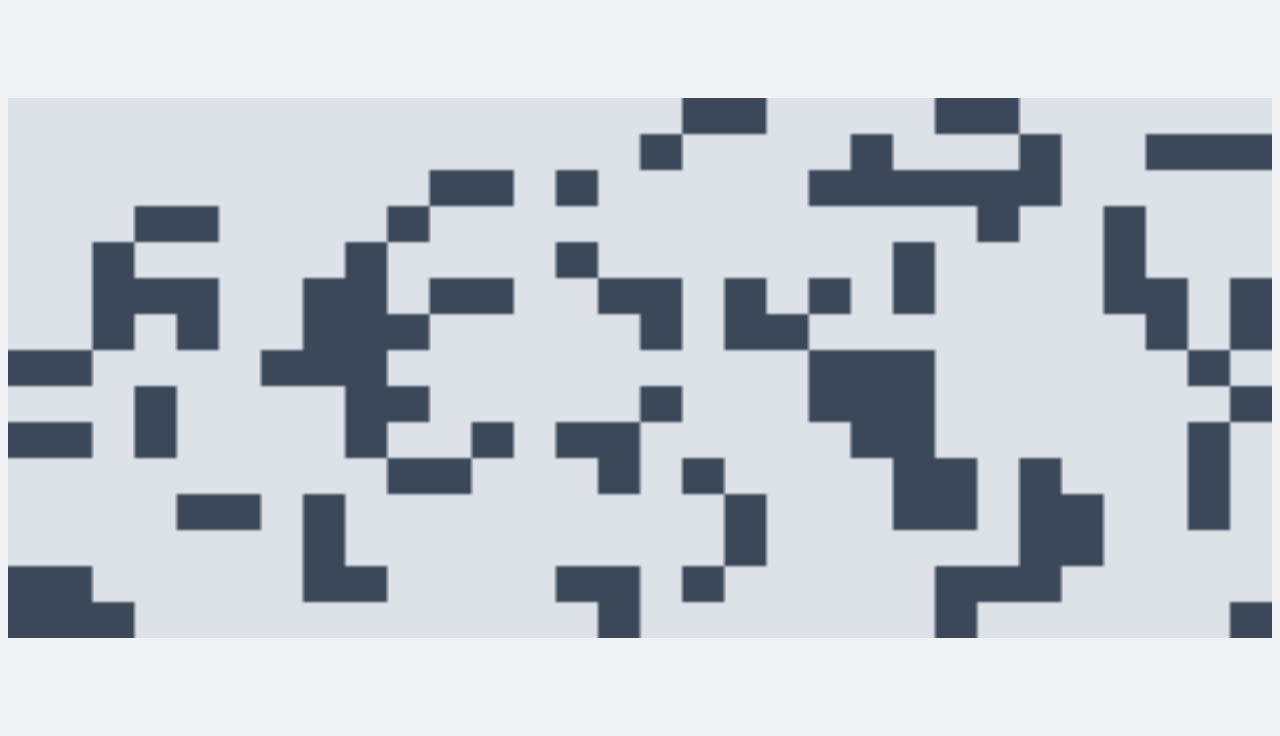
Repository: mayoujin/gol
Page: index.html
An editor plug-in stored every save of this project. The page is shown before and after the next save, followed by the edit.
The browser window is 1280 px wide. The pictures show the whole page.

Above is the page before, as saved 2021-03-20 14:40:23.

After the next save:
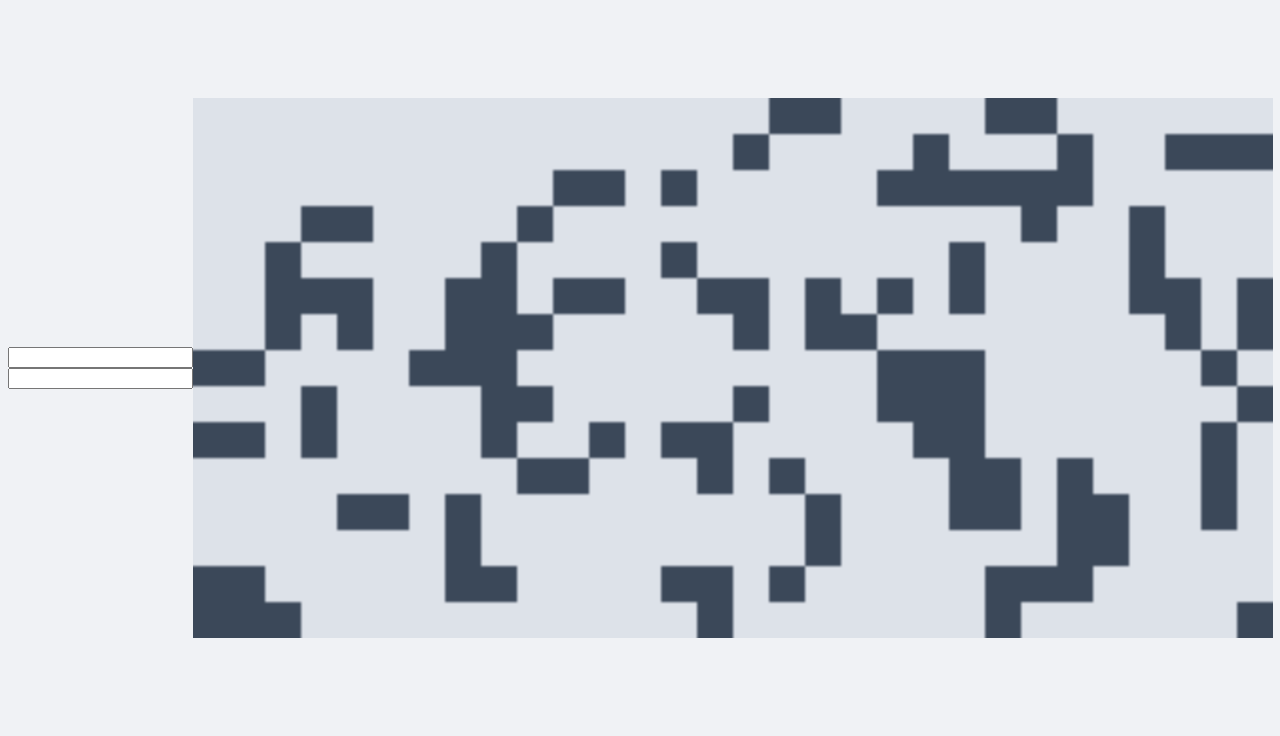
Saved 46 s later.
--- a/index.html
+++ b/index.html
@@ -7,6 +7,10 @@
         <script type="module" src="index.js" defer></script>
     </head>
     <body>
+        <form>
+            <input id="rows" />
+            <input id="columns" />
+        </form>
         <canvas id="canvas">
             Your browser does not support the HTML5 canvas tag.
         </canvas>
--- a/index.js
+++ b/index.js
@@ -165,6 +165,7 @@
 
   let stop = false;
   setTimeout(() => (stop = true), 1000);
+
   const game = new Game(canvas, options);
   (function gameLoop() {
     window.requestAnimationFrame(() => {
